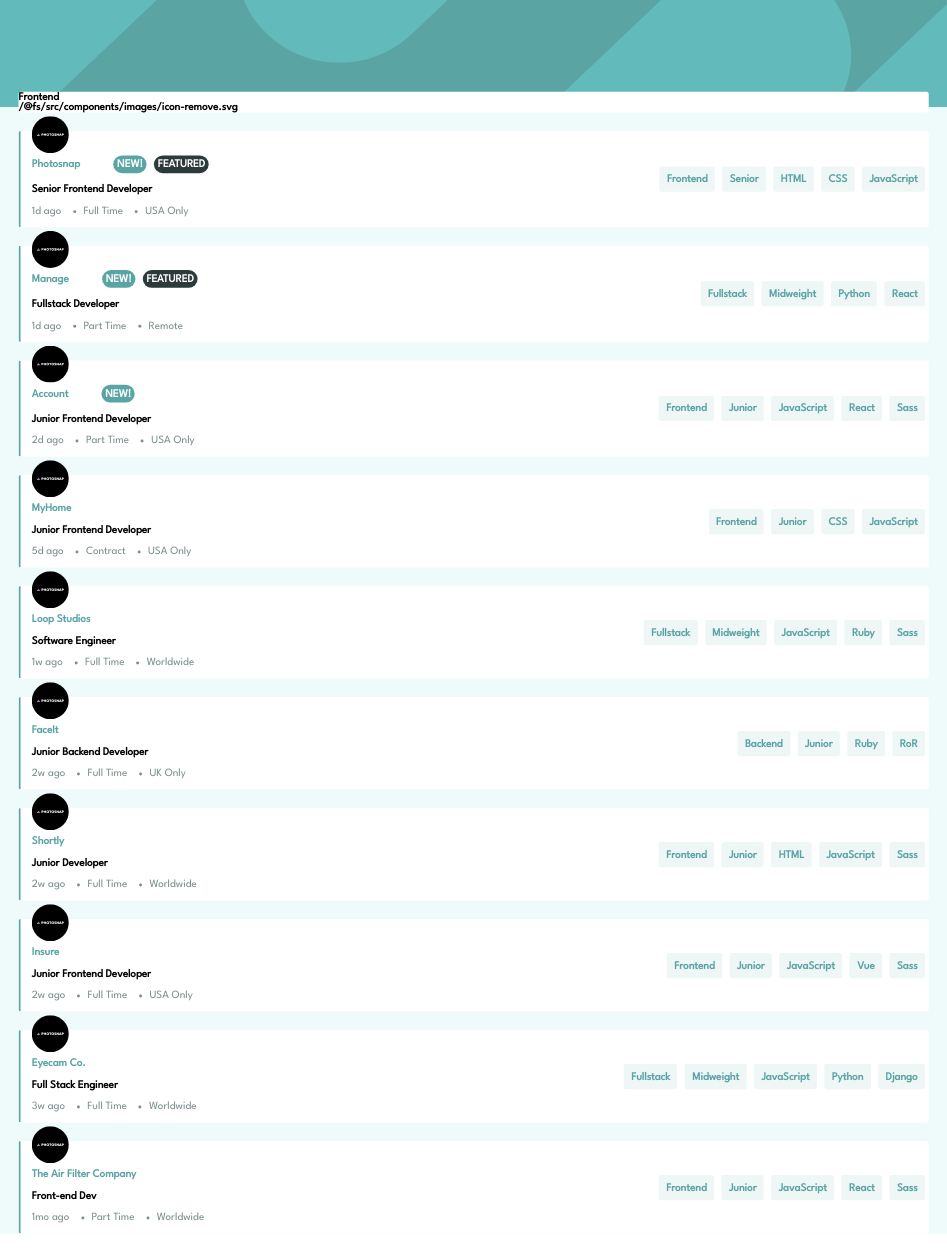
Repository: DevLaukey/job-listing
Page: /
These files come from the project's save history. The page is drawn as it stood at one moment and after the next save; the edit follows.
The browser window is 1280 px wide. The pictures show the whole page, at 74% of full size.
Some web fonts or font styles are not loaded; a fallback is used. The project was rebuilt for these pictures with package versions that can differ from the ones it lists, and the page was loaded fresh each time.

Above is the page before, as saved 2022-06-03 00:49:02.

### src/App.js
import "./App.css";
import Filter from "./components/Filter";
import Header from "./components/Header";
import Tablet from "./components/Tablet";
import data from "./data.json";

function App() {
  const tablets = data.map((data) => <Tablet
    key={data.id}
    company={data.company}
    neew={data.new}
    featured={data.featured}
    position={data.position}
    role={data.role}
    level={data.level}
    postedAt={data.postedAt}
    contract={data.contract}
    location={data.location}
    languages={data.languages}
    tools={data.tools}
    logo={data.logo} />);
  return (
    <div className="App">
      <Header />
      <Filter />
      <div className="content">{tablets}</div>
    </div>
  );
}

export default App;

### src/App.css
@import url('https://fonts.googleapis.com/css2?family=Grape+Nuts&family=League+Spartan&display=swap');
*{
  margin: 0;
  padding: 0;
  box-sizing: border-box;
}
.App{
  background-color: hsl(180, 52%, 96%);
  font-size: 15px;
}

### src/components/Filter.js
import React from 'react'
import icon from "./images/icon-remove.svg";
function Filter() {
  return (
      <div className="tablet filter">
          <div className="option">
              <p>Frontend</p>
              {icon}
          </div>
    </div>
  )
}

export default Filter

### src/components/Header.js
import React from 'react'
import "./styles.css"

function Header() {
  return (
    <header className='header'></header>
  )
}

export default Header

### src/components/Tablet.js
import React from "react";
import "./styles.css";
import logos from "./images/photosnap.svg";
function Tablet({ key, company, logo, neew, featured, position, role, level, postedAt, contract, location, languages, tools }) {
    // console.log(logo);
    // const logos = require(logo).default;
    // console.log(logos)
    return (
      <div className="tablet boarder">
        <div className="tablet_content" >
          <img className="image" src={logos} alt="" />

          <div className="heading">
            <div className="company">
              <p>{company}</p>
            </div>
            <div>{neew && <p className="new">NEW!</p>}</div>
            <div>{featured && <p className="featured">FEATURED</p>}</div>
          </div>
          <div className="title">
            <p>{position}</p>
          </div>
          <div className="details">
            <p>{postedAt}</p>
            <ul className="list">
              <li>{contract}</li>
              <li className="country">{location}</li>
            </ul>
          </div>
          <hr className="line" />
        </div>
          <div className="tags">
            <p className="category">{role}</p>
            <p className="category">{level}</p>
            {languages.map((language) => (
              <p className="category"> {language}</p>
            ))}
            {tools.map((tool) => (
              <p className="category"> {tool}</p>
            ))}
          </div>
      </div>
    );
}

export default Tablet;

### src/components/styles.css
.header {
  background-image: url(../assets/bg-header-mobile.svg);
  padding: 10vh;
  background-color: hsl(180, 29%, 50%);
}
.tablet {
    background-color: white;
    margin: 25px 25px 20px 25px;
    font-family: "League Spartan", sans-serif;
    border-radius: 3px;
    font-weight: 700;
}
.boarder{
    border-left: 3px solid hsl(180, 29%, 50%);

}
.tablet_content {
  margin-left: 15px;
  margin-right: 25px;
  align-items: center;
}
.image {
  height: 50px;
  margin-top: -20px;
}
.heading {
  display: flex;
}
.company {
  color: hsl(180, 29%, 50%);
  margin-right: 3em;
  margin-top: 5px;
}
.new {
  background-color: hsl(180, 29%, 50%);
  padding: 5px;
  color: white;
  border-radius: 25px;
  margin-right: 10px;
}
.featured {
  background-color: hsl(180, 14%, 20%);
  padding: 5px;
  color: white;
  border-radius: 25px;
}
.title {
  margin-top: 15px;
}
.details {
  display: flex;
  color: hsl(180, 8%, 52%);
  font-weight: 400;
  margin-top: 15px;
  margin-bottom: 15px;
}
.list {
  display: flex;
  margin-left: 2em;
}
.country {
  margin-left: 2em;
}
.line {
  margin-bottom: 15px;
  color: gray;
}
.tags {
  color: hsl(180, 29%, 50%);
  display: flex;
  flex-wrap: wrap;
}
.category {
  background-color: hsl(180, 31%, 95%);
  padding: 10px;
  border-radius: 3px;
  margin: 5px;
}

.filter{
    margin-top: -20px;
    display: flex;
    flex-wrap: wrap;
}
/* media query */

@media screen and (min-width: 768px) {
  .header {
    background-image: url(../assets/bg-header-desktop.svg);
  }
  .line {
    display: none;
  }
  .tablet {
    display: flex;
    align-items: center;
    justify-content: space-between;
  }
}

Loaded but not shown: public/index.html (common file); src/index.js (common file); src/index.css (common file); src/reportWebVitals.js (common file); src/data.json (common file)

After the next save:
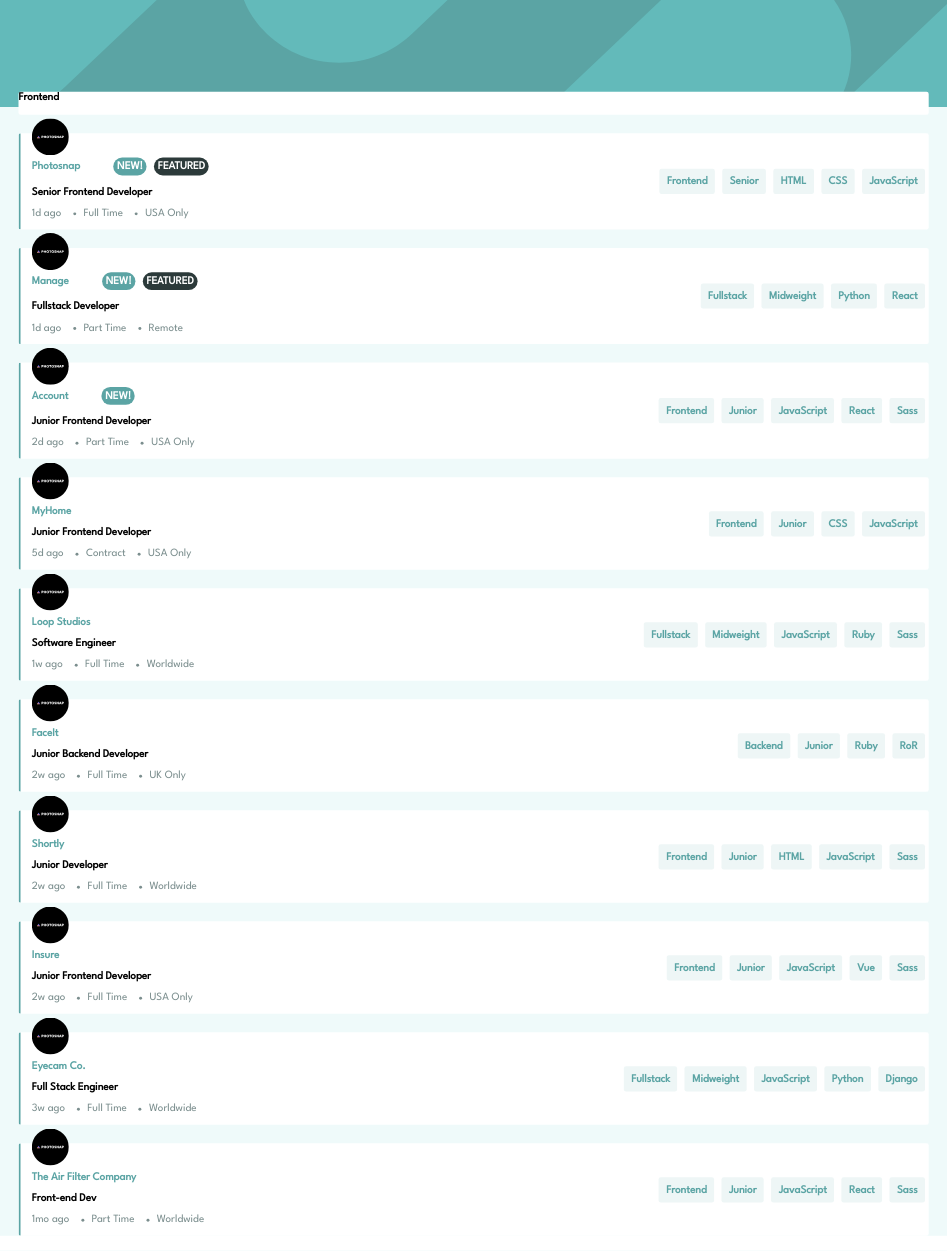
Saved 19 s later.
--- a/src/components/Filter.js
+++ b/src/components/Filter.js
@@ -5,7 +5,7 @@ function Filter() {
       <div className="tablet filter">
           <div className="option">
               <p>Frontend</p>
-              {icon}
+              <img src={icon } alt="" />
           </div>
     </div>
   )
